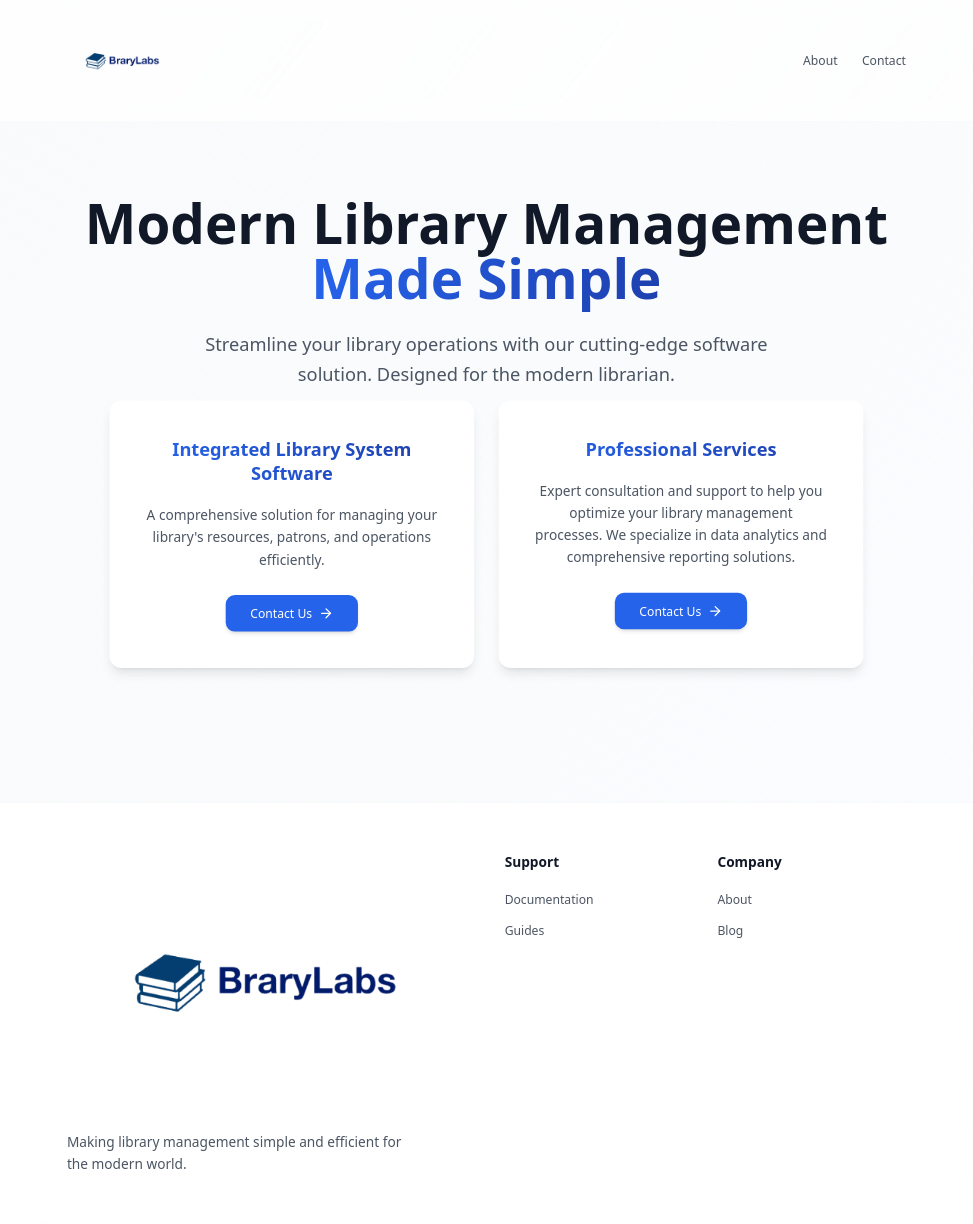
Repository: bgroble14/brarylabs-website
Page: /
These files come from the project's save history. The page is drawn as it stood at one moment and after the next save; the edit follows.
The browser window is 1280 px wide. The pictures show the whole page, at 76% of full size.
The project was rebuilt for these pictures with package versions that can differ from the ones it lists, and the page was loaded fresh each time. Also part of the build but not shown: vite.config.ts.

Above is the page before, as saved 2025-01-16 17:22:52.

After the next save:
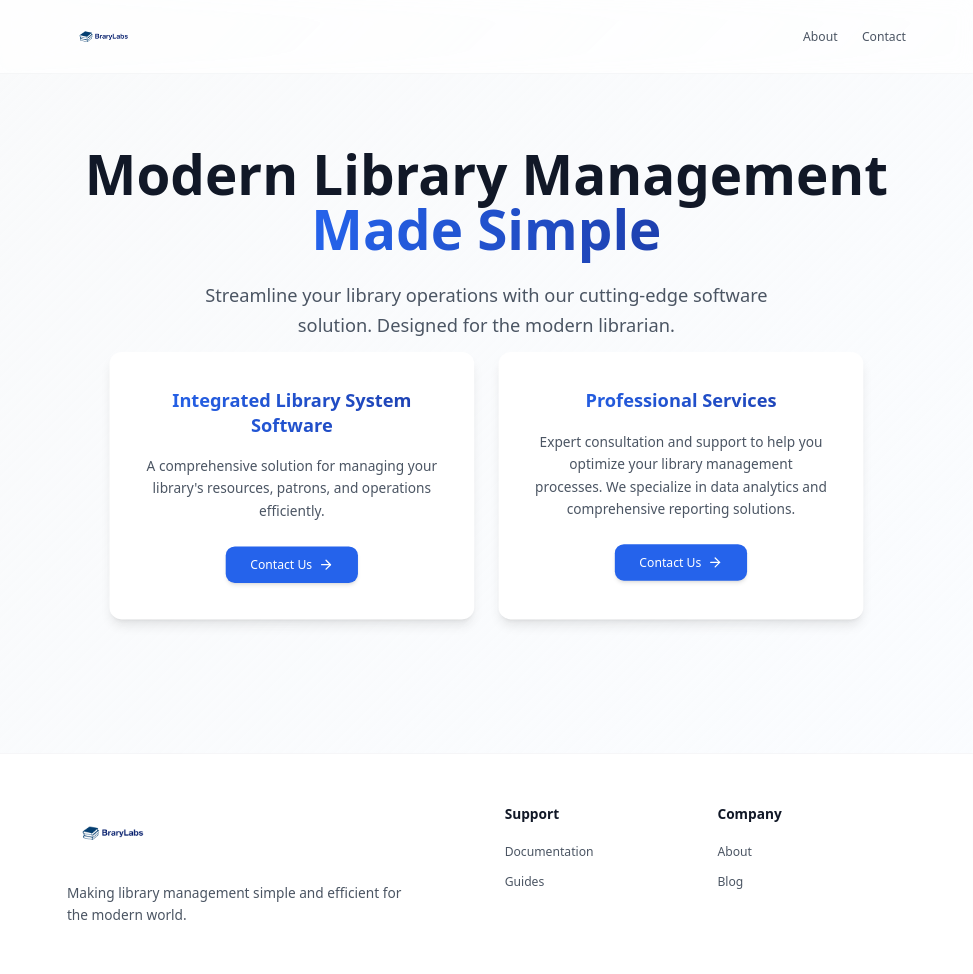
Saved 6 s later.
--- a/src/App.tsx
+++ b/src/App.tsx
@@ -30,14 +30,14 @@ function App() {
     <div className="min-h-screen bg-gradient-to-br from-gray-50 to-blue-50/30">
       {/* Navigation */}
       <nav className="bg-white/80 backdrop-blur-md sticky top-0 z-50 border-b border-gray-100">
-        <div className="max-w-6xl mx-auto px-6 py-8">
+        <div className="max-w-6xl mx-auto px-6 py-4">
           <div className="flex justify-between items-center">
             <div className="flex items-center space-x-3">
               <div className="flex items-center group">
                 <img
                   src="/logo-transparent.png"
                   alt="BraryLabs Logo"
-                  className="h-24 w-auto transform group-hover:scale-110 transition-transform duration-300 mix-blend-multiply"
+                  className="h-16 w-auto transform group-hover:scale-110 transition-transform duration-300 mix-blend-multiply"
                 />
               </div>
             </div>
@@ -89,7 +89,7 @@ function App() {
                 <img
                   src="/logo-transparent.png"
                   alt="BraryLabs Logo"
-                  className="h-21 w-auto mix-blend-multiply"
+                  className="h-20 w-auto mix-blend-multiply"
                 />
               </div>
               <p className="text-gray-600 text-lg leading-relaxed max-w-md">
